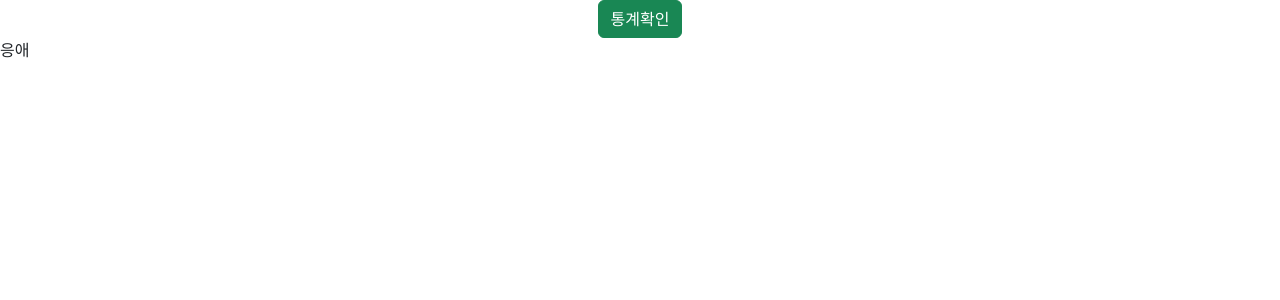
Repository: Hugh-KR/AccountBook
Page: http://localhost/Account_Book/hello.jsp
These files come from the project's save history. The page is drawn as it stood at one moment and after the next save; the edit follows.
The browser window is 1280 px wide. The pictures show the whole page.
The page is served by Tomcat 9. Nobody is signed in. The application's start-up code is not run.

Above is the page before, as saved 2022-12-05 12:32:28.
Console error: ReferenceError: $ is not defined

After the next save:
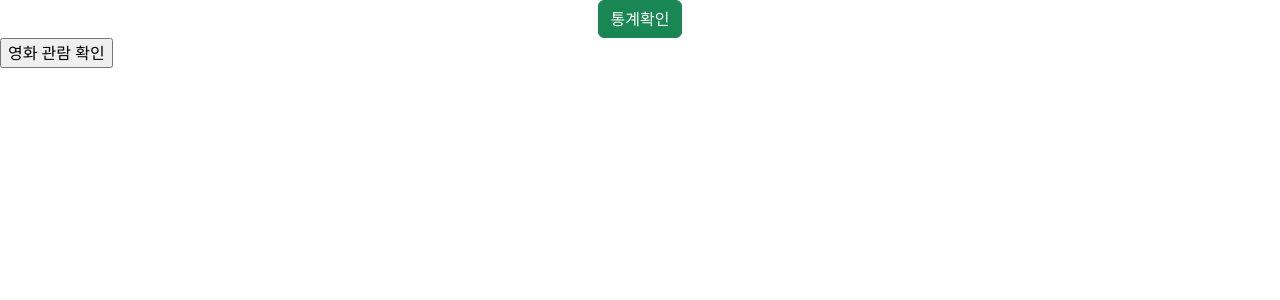
Saved 74 s later.
--- a/Account_Book/src/main/webapp/hello.jsp
+++ b/Account_Book/src/main/webapp/hello.jsp
@@ -34,7 +34,8 @@
 날짜 <input name="paydate">
 <button >날짜별 확인</button>
 </form> -->
-<a id="daylist">응애</a>
+<!--<a id="daylist">응애</a>  -->
+<input id="daylist" type ="button" value="영화 관람 확인"><br>
 <div id="result"></div>
 </body>
 </html>
